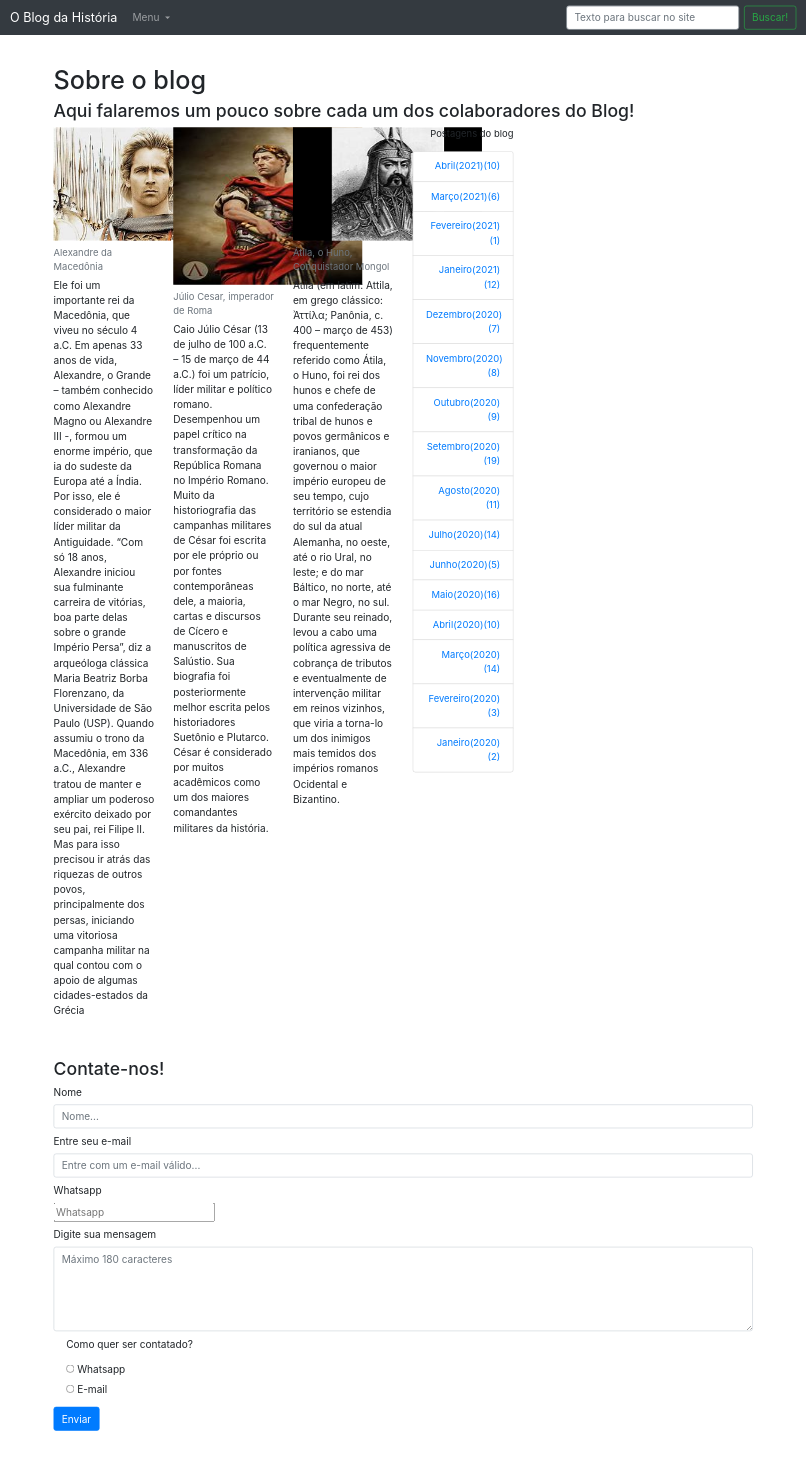
Repository: xhenrique/blog_layout_bootstrap
Page: source/sobre.html
These files come from the project's save history. The page is drawn as it stood at one moment and after the next save; the edit follows.
The browser window is 1280 px wide. The pictures show the whole page, at 63% of full size.

Above is the page before, as saved 2021-04-25 17:03:16.

After the next save:
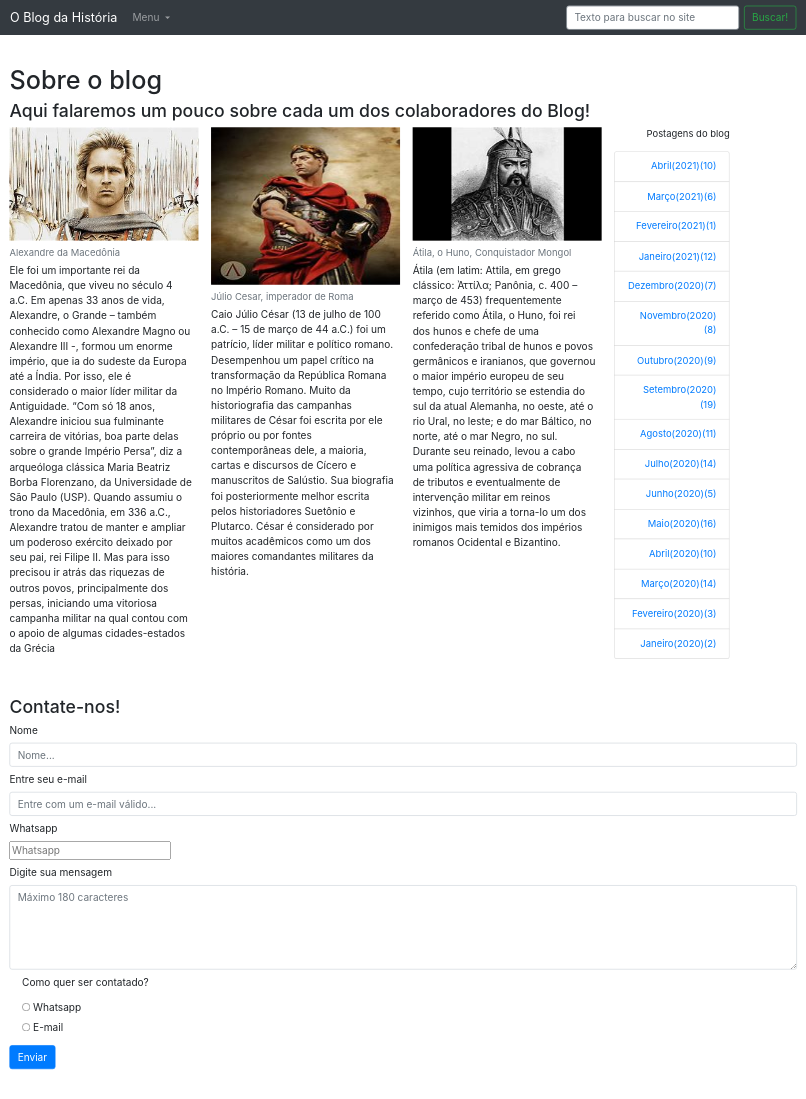
Saved 8 s later.
--- a/source/sobre.html
+++ b/source/sobre.html
@@ -43,29 +43,29 @@
         </div>
     </nav>
 
-    <div class="container" id="sobreContainer">
+    <div class="container-fluid" id="sobreContainer">
         <div id="sobre_o_blog" class="text-left">
             <br/>
             <br/>
             <h1>Sobre o blog</h1>
             <h3>Aqui falaremos um pouco sobre cada um dos colaboradores do Blog!</h3>
         </div>
-        <div class="row">
-            <div class="col-md-2">
+        <div class="row d-flex">
+            <div class="col-md-3">
                 <img class="figure-img" src="../img/alexandre.jpg" alt="Xandão"  style="height: 180px; width: 300px">
                 <figcaption class="figure-caption" style="font-size: 15px; margin-bottom: 5px;">
                     Alexandre da Macedônia
                 </figcaption>
                 <p>Ele foi um importante rei da Macedônia, que viveu no século 4 a.C. Em apenas 33 anos de vida, Alexandre, o Grande – também conhecido como Alexandre Magno ou Alexandre III -, formou um enorme império, que ia do sudeste da Europa até a Índia. Por isso, ele é considerado o maior líder militar da Antiguidade. “Com só 18 anos, Alexandre iniciou sua fulminante carreira de vitórias, boa parte delas sobre o grande Império Persa”, diz a arqueóloga clássica Maria Beatriz Borba Florenzano, da Universidade de São Paulo (USP). Quando assumiu o trono da Macedônia, em 336 a.C., Alexandre tratou de manter e ampliar um poderoso exército deixado por seu pai, rei Filipe II. Mas para isso precisou ir atrás das riquezas de outros povos, principalmente dos persas, iniciando uma vitoriosa campanha militar na qual contou com o apoio de algumas cidades-estados da Grécia</p>
             </div>
-            <div class="col-md-2">
+            <div class="col-md-3">
                 <img class="figure-img" src="../img/th.jfif" alt="imperador" style="height: 250px; width: 300px">
                 <figcaption class="figure-caption" style="font-size: 15px; margin-bottom: 5px;">
                     Júlio Cesar, imperador de Roma
                 </figcaption>
                 <p>Caio Júlio César (13 de julho de 100 a.C. – 15 de março de 44 a.C.) foi um patrício, líder militar e político romano. Desempenhou um papel crítico na transformação da República Romana no Império Romano. Muito da historiografia das campanhas militares de César foi escrita por ele próprio ou por fontes contemporâneas dele, a maioria, cartas e discursos de Cícero e manuscritos de Salústio. Sua biografia foi posteriormente melhor escrita pelos historiadores Suetônio e Plutarco. César é considerado por muitos acadêmicos como um dos maiores comandantes militares da história.</p>
             </div>
-            <div class="col-md-2">
+            <div class="col-md-3">
                 <img class="figure-img" src="../img/atila.jpg" alt="o_huno" style="height: 180px; width: 300px">
                 <figcaption class="figure-caption" style="font-size: 15px; margin-bottom: 5px;">
                         Átila, o Huno, Conquistador Mongol
